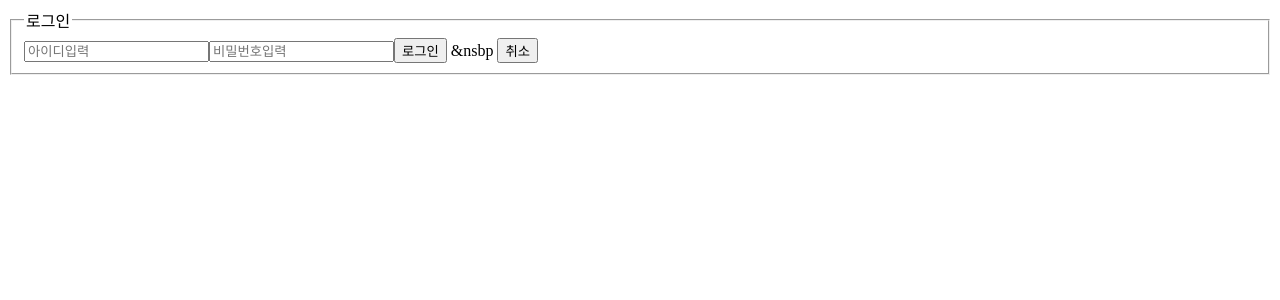
Repository: Rua1006/JSP
Page: http://localhost/practice01/login.jsp
An editor plug-in stored every save of this project. The page is shown before and after the next save, followed by the edit.
The browser window is 1280 px wide. The pictures show the whole page.
The page is served by Tomcat 9. Other server files are loaded and not shown.

Above is the page before, as saved 2022-10-14 05:15:08.

### practice01/WebContent/login.jsp
<%@ page language="java" contentType="text/html; charset=UTF-8"
    pageEncoding="UTF-8"%>
<!DOCTYPE html>
<html>
<head>
<meta charset="UTF-8">
<title>로그인</title>
</head>
<body>
	<div class="wrap">
		<form action="" method="post">
			<fieldset>
				<legend>로그인</legend>
				<table>
					<tbody>
						<input type="text" name="id" id="id" placeholder="아이디입력">
						<input type="password" name="pw" id="pw" placeholder="비밀번호입력">
						<input type="submit" value="로그인"> &nsbp
						<input type="reset" value="취소">
					</tbody>
				</table>
			</fieldset>
		</form>
	</div>
</body>
</html>

After the next save:
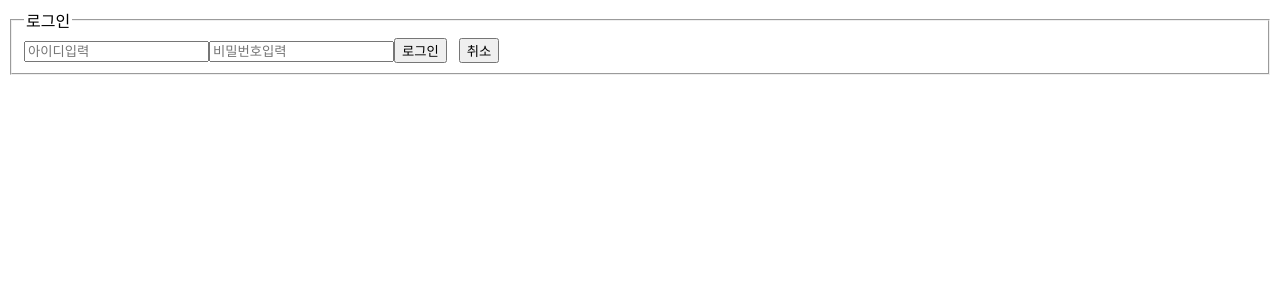
Saved 49 s later.
--- a/practice01/WebContent/login.jsp
+++ b/practice01/WebContent/login.jsp
@@ -15,7 +15,7 @@
 					<tbody>
 						<input type="text" name="id" id="id" placeholder="아이디입력">
 						<input type="password" name="pw" id="pw" placeholder="비밀번호입력">
-						<input type="submit" value="로그인"> &nsbp
+						<input type="submit" value="로그인"> &nbsp
 						<input type="reset" value="취소">
 					</tbody>
 				</table>

After the 2 saves that followed:
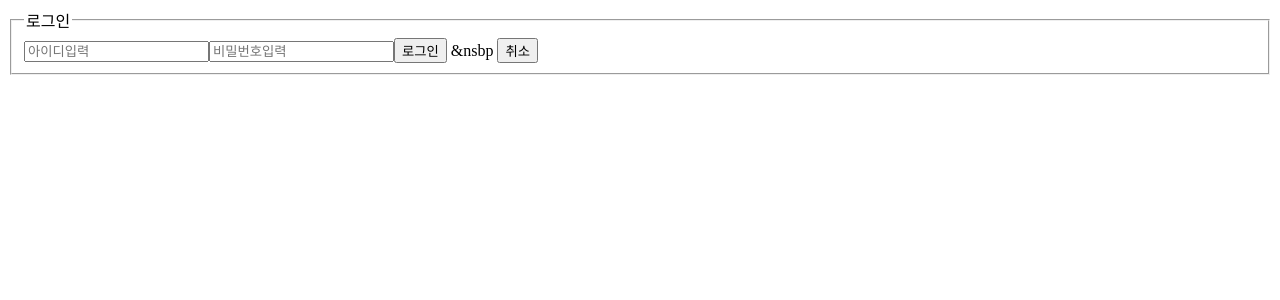
The 2 saves are shown as one change because they came seconds apart.
The last was saved 6 s later.
--- a/practice01/WebContent/login.jsp
+++ b/practice01/WebContent/login.jsp
@@ -15,7 +15,7 @@
 					<tbody>
 						<input type="text" name="id" id="id" placeholder="아이디입력">
 						<input type="password" name="pw" id="pw" placeholder="비밀번호입력">
-						<input type="submit" value="로그인"> &nbsp
+						<input type="submit" value="로그인"> &nsbp
 						<input type="reset" value="취소">
 					</tbody>
 				</table>
